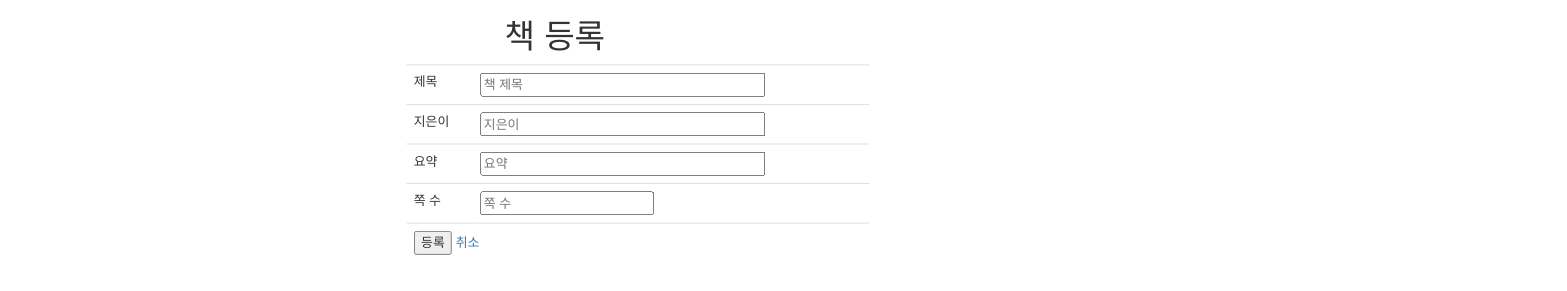
Repository: newzinee/SKDidimdolSpring
Page: http://localhost/AZBookPrj/insertBook.jsp
The author's editor kept a copy of each file at every save. The page is drawn from the files as they stood at one save, then again after the next save.
The browser window is 1280 px wide. The page is 1703 px wide, so the pictures cover 1703 px, including what lies to the right of the window. The pictures show the whole page, at 92% of full size.
The page is served by Tomcat 9. Nobody is signed in. The application's start-up code is not run.

Above is the page before, as saved 2017-02-12 14:11:19.
Console error (its wording comes from the project's code and is left out).

After the next save:
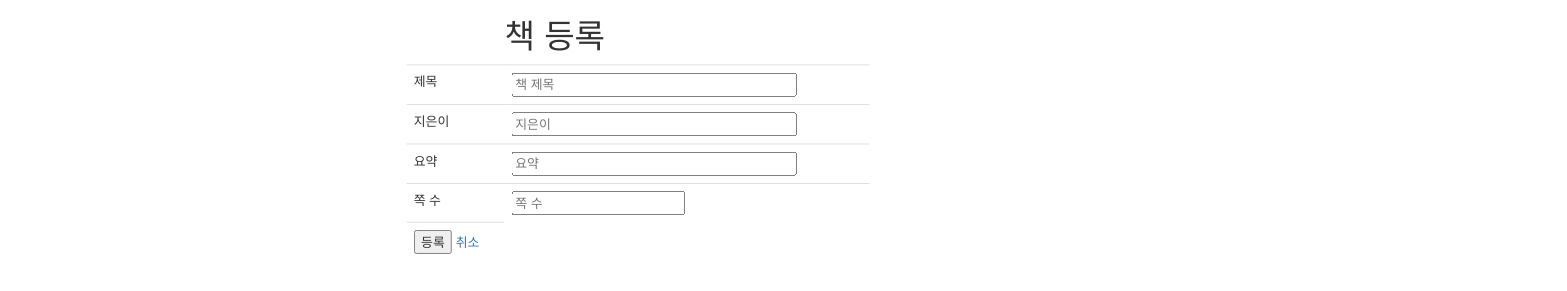
Saved 57 s later.
--- a/AZBookPrj/WebContent/insertBook.jsp
+++ b/AZBookPrj/WebContent/insertBook.jsp
@@ -14,6 +14,12 @@
 
 <!-- 합쳐지고 최소화된 최신 자바스크립트 -->
 <script src="https://maxcdn.bootstrapcdn.com/bootstrap/3.3.2/js/bootstrap.min.js"></script>
+<style type="text/css">
+	.lasttd {
+		colspan="2";
+	}
+</style>
+
 </head>
 <body>
 	<div class="container col-md-offset-5">
@@ -42,8 +48,10 @@
 					<td><input type="number" name="page" placeholder="쪽 수" size="35"></td>
 				</tr>
 				<tr>
-					<td colspan="2" position="center"><input type="submit" value="등록">
-					<a href="getBookList.do">취소</a></td>
+					<td class="lasttd" >
+						<input type="submit" value="등록">
+						<a href="getBookList.do">취소</a>
+					</td>
 				</tr>
 			</table>
 		</form>
